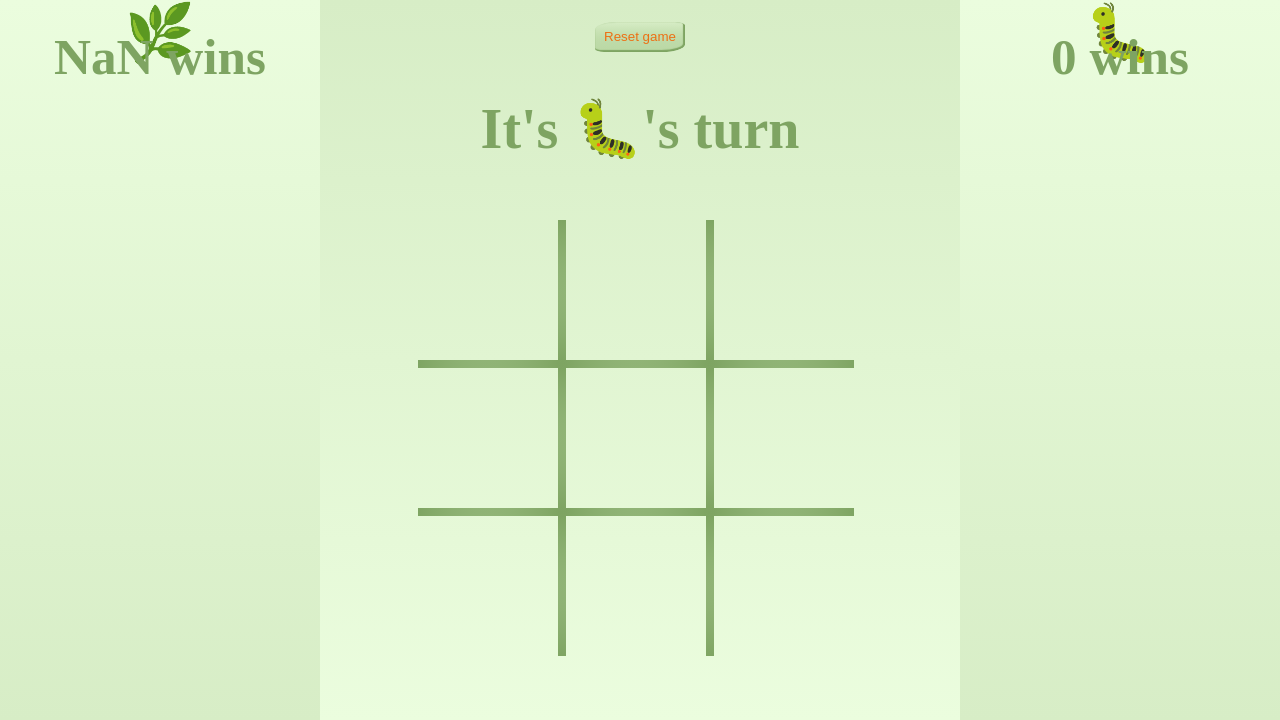
Repository: AsherSpurr/tic-tac-toe
Page: index.html
The author's editor kept a copy of each file at every save. The page is drawn from the files as they stood at one save, then again after the next save.
The browser window is 1280 px wide. The pictures show the whole page.
Some web fonts or font styles are not loaded; a fallback is used.

Above is the page before, as saved 2024-01-13 18:33:41.

### index.html
<!DOCTYPE html>
<html lang="en">
<head>
    <meta charset="UTF-8">
    <meta name="viewport" content="width=device-width, initial-scale=1.0">
    <link rel="stylesheet" type="text/css" href="styles.css">
    <link rel="preconnect" href="https://fonts.googleapis.com">
    <link rel="preconnect" href="https://fonts.gstatic.com" crossorigin>
    <link href="https://fonts.googleapis.com/css2?family=Bad+Script&family=Poppins:wght@300&display=swap" rel="stylesheet">
    <title>Two player tic tac toe</title>
</head>
<body">
    <section class="column" id="left-column">
        <article class="player-box" id="player1">
            <h3 class="player" id="player1-icon">🌿</h3>
            <h4 class="wins" id="player1-wins"></h4>
        </article>
    </section>
    <section class="game-play">
        <div class="reset-container">
            <button class="reset-button">Reset game</button>
        </div>
        <h1 class="welcome-message">✨Tic Tac Toe✨</h1>
        <h2 class="turns hidden">It's 🐛's turn</h2>
        <section class="gameboard-container">
            <div class="cell" id="cell1"></div>
            <div class="cell" id="cell2"></div>
            <div class="cell" id="cell3"></div>
            <div class="cell" id="cell4"></div>
            <div class="cell" id="cell5"></div>
            <div class="cell" id="cell6"></div>
            <div class="cell" id="cell7"></div>
            <div class="cell" id="cell8"></div>
            <div class="cell" id="cell9"></div>
        </section>
    </section>
    <section class="column" id="right-column">
        <article class="player-box" id="player2">
            <h3 class="player" id="player2-icon">🐛</h3>
            <h4 class="wins" id="player2-wins"></h4>
        </article>
    </section>
</body>
    <script type="text/javascript" src="main.js"></script>
</html>

### styles.css
body {
    height: 100%;
    width: 100%;
    margin: 0;
    font-family: 'Bad Script';
    color: #7ea462;
}

.column {
    background-image: linear-gradient(#ebfdde, #d7edc6);
    height: 100vh;
    width: 25vw;
}

#left-column {
    float: left;
}

#right-column {
    float: right;
}

.game-play {
    background-image: linear-gradient(#d7edc6, #ebfdde);
    height: 100vh;
    width: 50vw;
    float: inline-start;
    display: flex;
    align-items: center;
    flex-direction: column;
    justify-content: space-around;
}

.gameboard-container {
    display: flex;
    flex-wrap: wrap;
    width: 444px;
    height: 366px;
    margin-bottom: 8em;
}

.cell {
    display: flex;
    justify-content: center;
    align-items: center;
    background-color: transparent;
    border-style: solid;
    border-width: 4px;
    border-image: radial-gradient(#bad8a4, #7ea462) 1;
    height: 140px;
    width: 140px;
    font-size: 80px;
}

.player-box {
    display: flex;
    align-items: center;
    flex-direction: column;
    margin: 0;
}

.player {
    font-size: 350%;
    margin: 0;
    margin-bottom: -.70em;
}

.wins {
    font-size: 320%;
    margin: 0;
}

.welcome-message,
.turns {
    font-size: 350%;
    max-height: 20vh;
    margin-top: 5%;
}

.reset-container {
    display: flex;
    align-items: end;
    margin-top: 1em;

}

.reset-button {
    color: #ed7014;
    height: 30px;
    width: 90px;
    border-radius: 25% 10%;
    border: 1px transparent;
    background-image: linear-gradient(0deg, #bad8a4, 70%, #d7edc6);
    box-shadow: inset -1px -1px 1px 1px #7ea462;
}

.cell:nth-child(1) {
    border-top: transparent;
    border-left: transparent;
}


.cell:nth-child(2) {
    border-top: transparent;
}


.cell:nth-child(3) {
    border-top: transparent;
    border-right: transparent;
}


.cell:nth-child(4) {
    border-left: transparent;
}


.cell:nth-child(6) {
    border-right: transparent;
}


.cell:nth-child(7) {
    border-left: transparent;
    border-bottom: transparent;
}


.cell:nth-child(8) {
    border-bottom: transparent;
}


.cell:nth-child(9) {
    border-bottom: transparent;
    border-right: transparent;
}


.hidden {
    display: none;
}

### main.js
var players = [
    {
        name: 'player1',
        icon: '🌿',
        isTurn: false,
        hasWon: false,
        plays: [],
        wins: 0
    },
    {
        name: 'player2',
        icon: '🐛',
        isTurn: true,
        hasWon: false,
        plays: [],
        wins: 0
    }
]

var winningCombos = [
    ['cell1', 'cell2', 'cell3'],
    ['cell4', 'cell5', 'cell6'],
    ['cell7', 'cell8', 'cell9'],
    ['cell1', 'cell4', 'cell7'],
    ['cell2', 'cell5', 'cell8'],
    ['cell3', 'cell6', 'cell9'],
    ['cell1', 'cell5', 'cell9'],
    ['cell3', 'cell5', 'cell7'],
]

var welcomeMessage = document.querySelector('.welcome-message')
var turns = document.querySelector('.turns')
var gameBoard = document.querySelector('.gameboard-container')
var winsPlayer1 = document.getElementById('player1-wins')
var winsPlayer2 = document.getElementById('player2-wins')

window.addEventListener('load', storeWinsLocally)

gameBoard.addEventListener('click', (event) => {
    checkforPlay(event)
});

// renderZeroWins()
// function renderZeroWins() {
//     winsPlayer1.innerText = `${players[0].wins} wins`
//     winsPlayer2.innerText = `${players[1].wins} wins`
// }

setTimeout(replaceDisplayMessage, 1500)

function replaceDisplayMessage() {
    turns.classList.remove('hidden')
    welcomeMessage.classList.add('hidden')
}

function checkforPlay(event) {
    var event = event.target.closest('div')
    for (var i = 0; i < players.length; i++) {
        if (players[0].hasWon === true || players[1].hasWon === true) {
            break
        }
        if (players[i].isTurn === true && event.innerText === '') {
            renderCellIcon(event, players[i])
            trackPlay(event, players[i])
            changeTurn()
            trackWins(players[i])
        }
    }
}

function renderCellIcon(event, player) {
    event.innerText = `${player.icon}`
}

function trackPlay(event, player) {
    player.plays.push(event.id)
}

function changeTurn() {
    for (var i = 0; i < players.length; i++) {
        players[i].isTurn = !players[i].isTurn
        renderTurnIcon()
    }
}

function renderTurnIcon() {
    for (var i = 0; i < players.length; i++) {
        if (players[i].isTurn === true) {
            turns.innerText = `It's ${players[i].icon}'s turn`
        }
    }
}

function trackWins(player) {
    for (var i = 0; i < winningCombos.length; i++) {
        counter = 0;
        for (var j = 0; j < player.plays.length; j++) {
            if (winningCombos[i].includes(player.plays[j])) {
                counter++
            }
            if (counter === 3) {
                player.hasWon = true
                console.log(`line 102: ${player.wins}`)
                player.wins++
                storeWinsLocally(player)
                renderWinner(player)
                renderWins(player)
                setTimeout(reloadGameboard, 1500)
            }
        }
    }
    isDraw(player)
}

function storeWinsLocally() {
    for(var i = 0; i < players.length; i++) {
        if(players[i].name === 'player1') {
            localStorage.setItem('win0', players[i].wins)
        }
        else {
            localStorage.setItem('wins1', players[i].wins)
        }
    }
    refreshWins()
}

function refreshWins() {
    var wins0 = parseInt(localStorage.getItem('wins0'))
    var wins1 = parseInt(localStorage.getItem('wins1'))

    players[0].wins = wins0
    players[1].wins = wins1

    renderWins(players[0])
    renderWins(players[1])
}

function isDraw(player) {
    if (player.plays.length === 5 && !player.hasWon) {
        declareDraw()
        setTimeout(reloadGameboard, 1500)
    }
}

function renderWinner(player) {
    turns.innerText = `${player.icon} won!`
}

function declareDraw() {
    turns.innerText = `Draw!`
}

function reloadGameboard() {
    for (var i = 0; i < players.length; i++) {
        if (players[i].hasWon === true || players[i].plays.length === 5) {
            for (var child of gameBoard.children) {
                child.innerText = ""
            }
            resetInitialValues()
            renderTurnIcon()
        }

    }
}

function resetInitialValues() {
    for (var i = 0; i < players.length; i++) {
        players[i].hasWon = false
        players[i].plays.splice(0, players[i].plays.length)
    }
}

function renderWins(player) {
    var win = player.wins
    if (player.name === 'player1') {
        winsPlayer1.innerText = `${win} wins`
    }
    else {
        winsPlayer2.innerText = `${win} wins`
    }
}

After the next save:
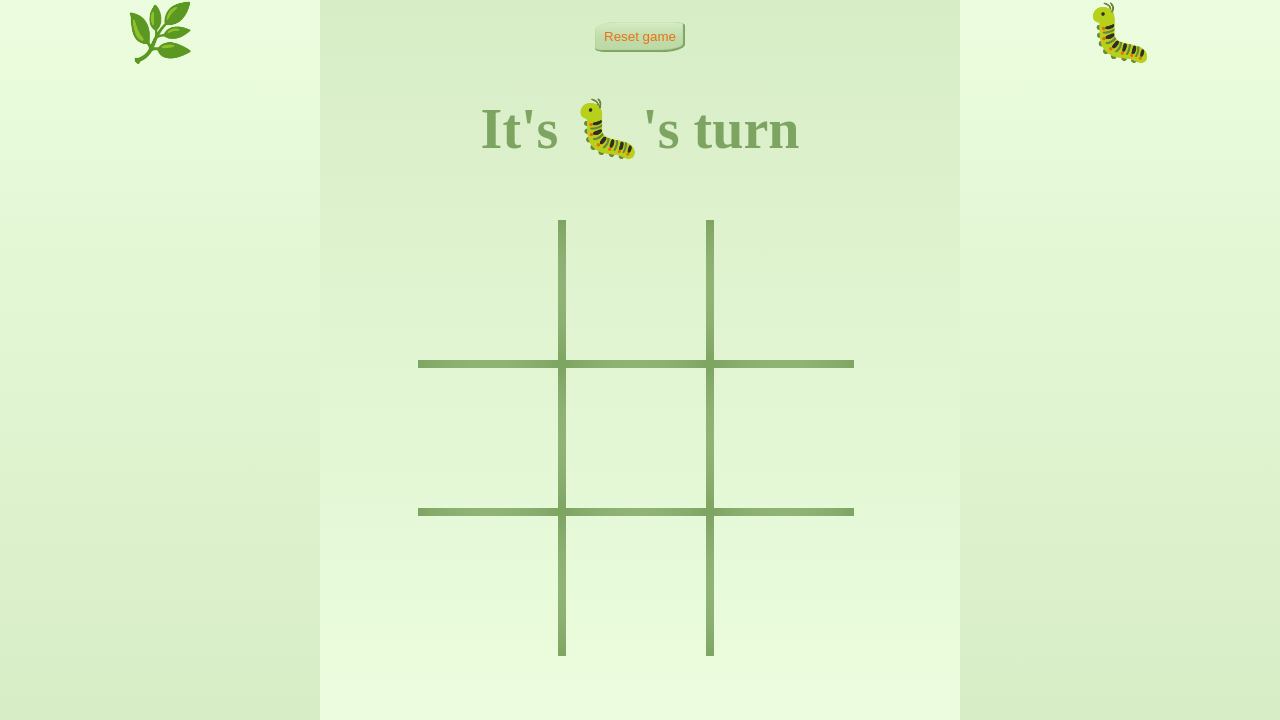
Console error: ReferenceError: win is not defined
Saved 48 s later.
--- a/main.js
+++ b/main.js
@@ -171,7 +171,6 @@ function resetInitialValues() {
 }
 
 function renderWins(player) {
-    var win = player.wins
     if (player.name === 'player1') {
         winsPlayer1.innerText = `${win} wins`
     }
